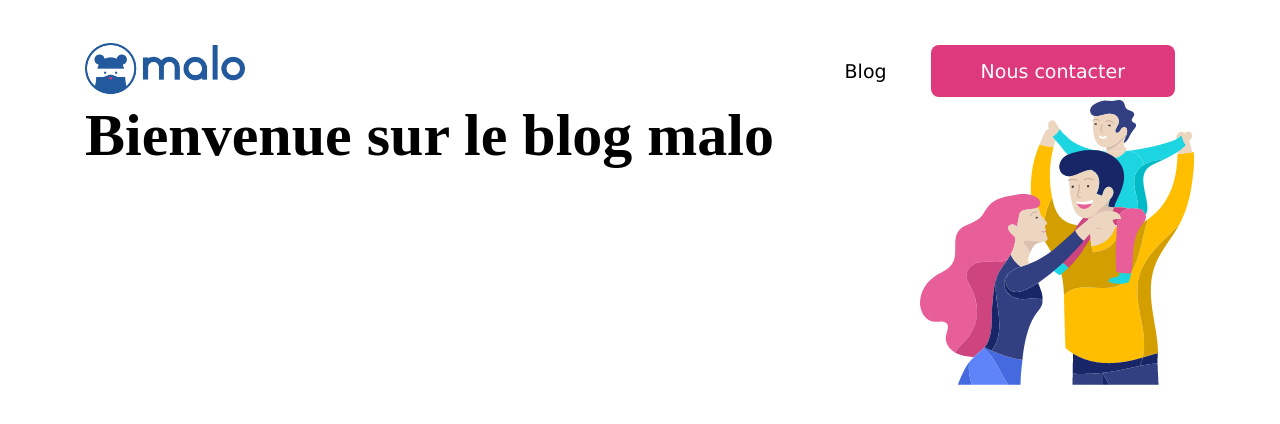
Repository: carbone-dev/keli-malo
Page: blog.html
An editor plug-in stored every save of this project. The page is shown before and after the next save, followed by the edit.
The browser window is 1280 px wide. The pictures show the whole page.

Above is the page before, as saved 2020-12-09 12:30:50.

After the next save:
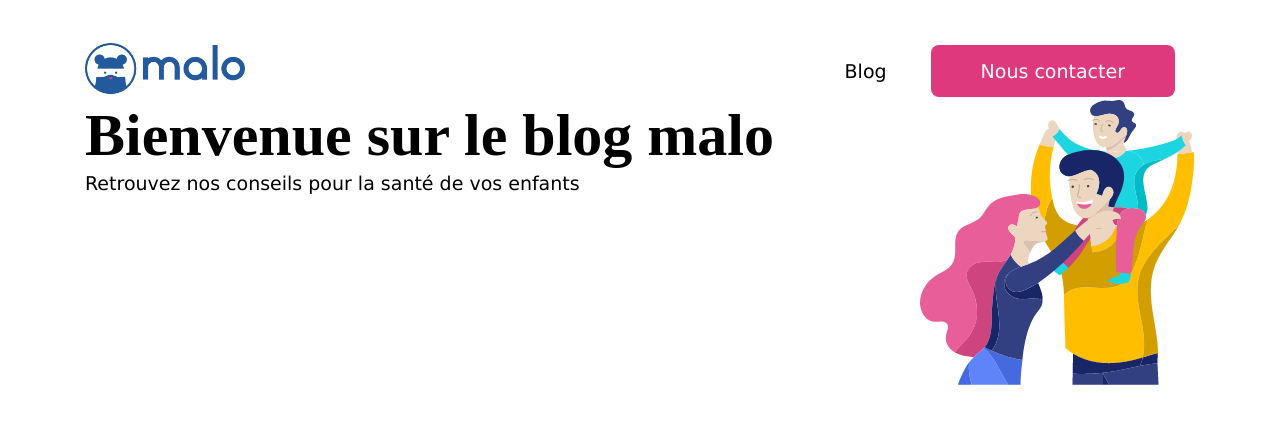
Saved 6 s later.
--- a/blog.html
+++ b/blog.html
@@ -61,6 +61,7 @@
                 <h1>
                     Bienvenue sur le blog malo
                 </h1>
+                <p>Retrouvez nos conseils pour la santé de vos enfants</p>
             </div>
             <div class="col-12 col-md-4 right">
                 <img src="img/blog-header-image.png" alt="blog-header-image">
